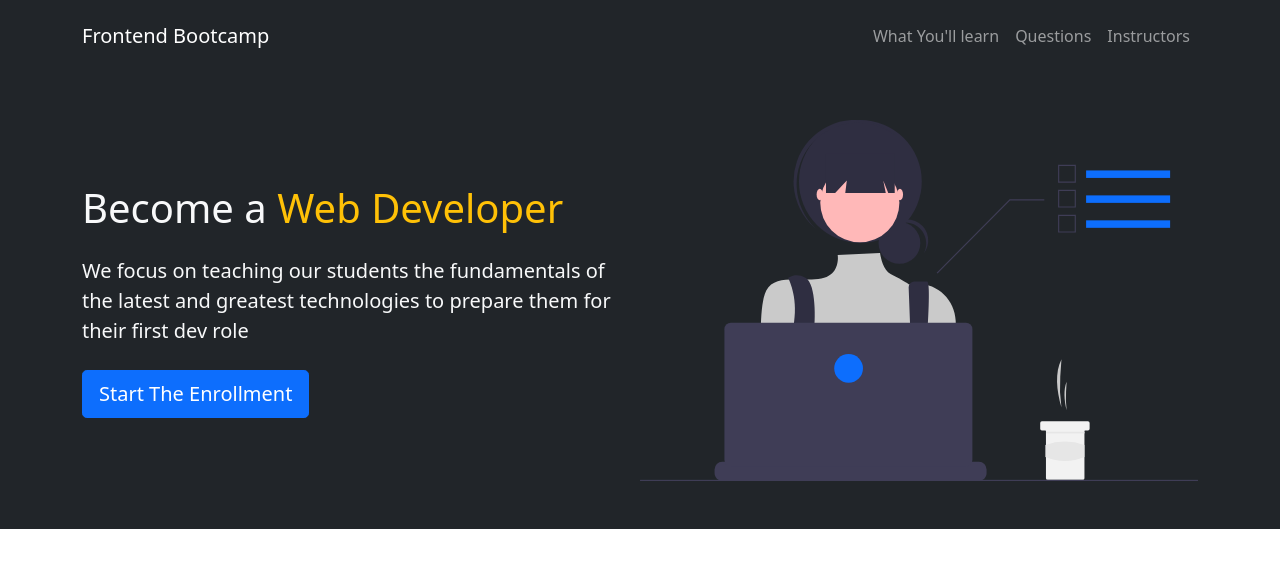
Repository: Marhamat92/Bootstrap5-Responsive-Website-
Page: index.html
These files come from the project's save history. The page is drawn as it stood at one moment and after the next save; the edit follows.
The browser window is 1280 px wide. The pictures show the whole page.

Above is the page before, as saved 2021-09-18 16:26:36.

After the next save:
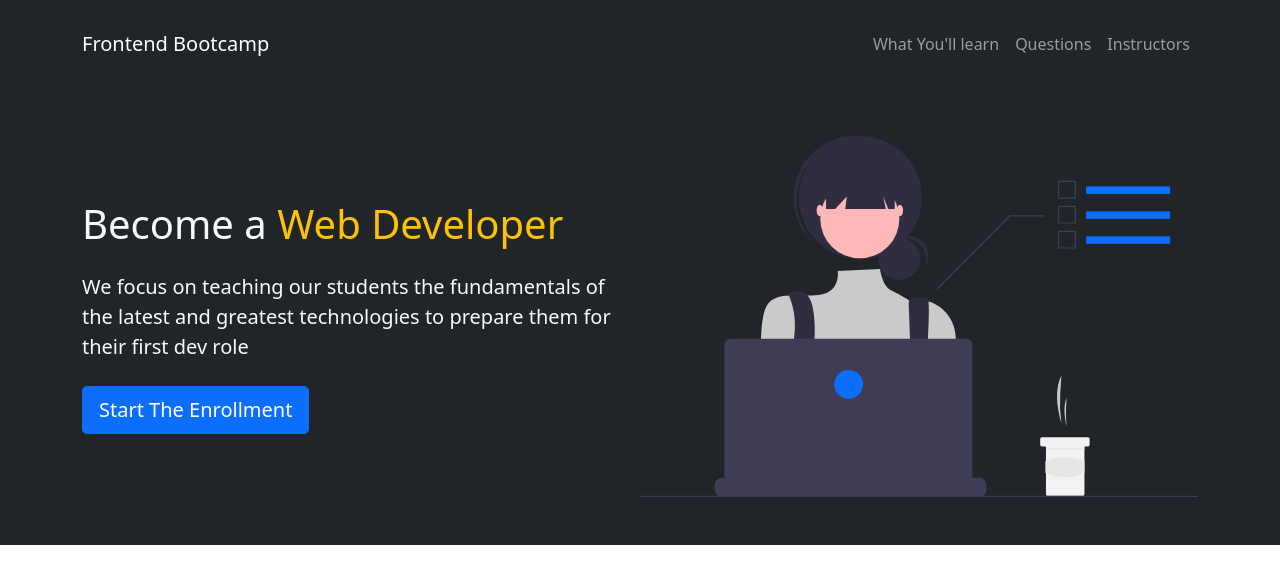
Saved 7 s later.
--- a/index.html
+++ b/index.html
@@ -14,7 +14,7 @@
 
 <body>
     <!--Navbar-->
-    <nav class="navbar navbar-expand-lg bg-dark navbar-dark py-3">
+    <nav class="navbar navbar-expand-lg bg-dark navbar-dark py-4">
         <div class="container">
             <a href="#" class="navbar-brand">Frontend Bootcamp</a>
             <button class="navbar-toggler" type="button" data-bs-toggle="collapse" data-bs-target="#navmenu">

After the save that followed:
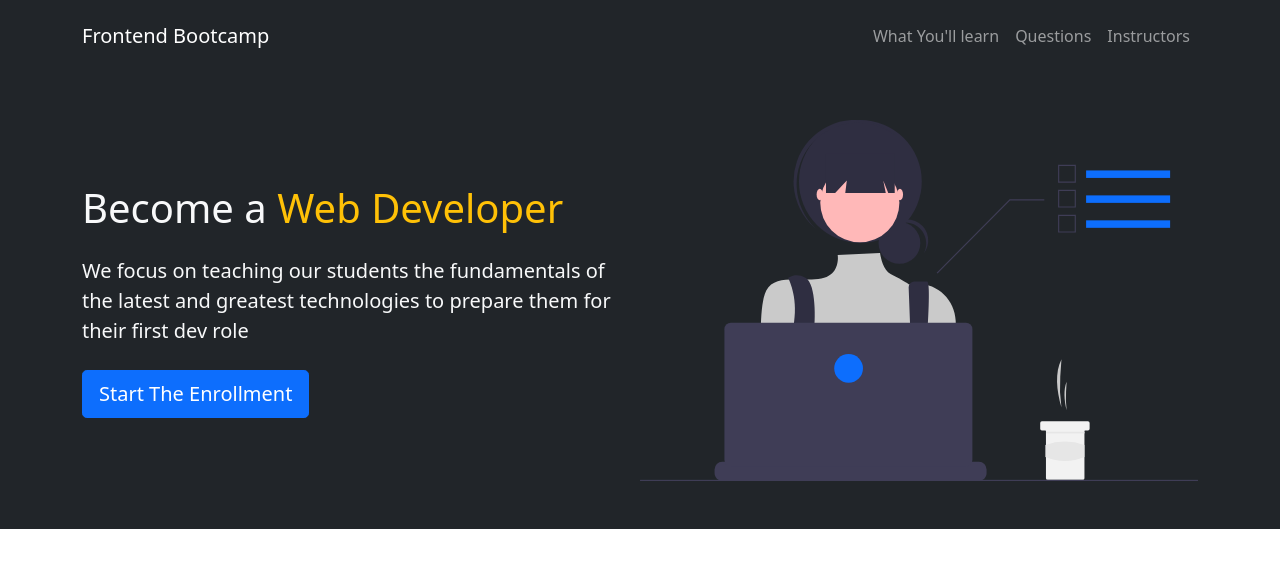
Saved 6 s later.
--- a/index.html
+++ b/index.html
@@ -14,7 +14,7 @@
 
 <body>
     <!--Navbar-->
-    <nav class="navbar navbar-expand-lg bg-dark navbar-dark py-4">
+    <nav class="navbar navbar-expand-lg bg-dark navbar-dark py-3">
         <div class="container">
             <a href="#" class="navbar-brand">Frontend Bootcamp</a>
             <button class="navbar-toggler" type="button" data-bs-toggle="collapse" data-bs-target="#navmenu">
